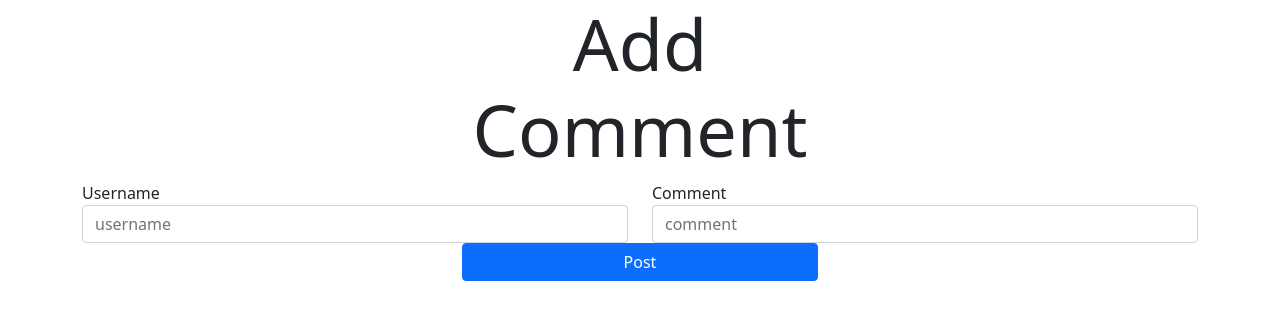
Repository: uditjain100/JavaScript-for-Web
Page: http://localhost/comment/create
The author's editor kept a copy of each file at every save. The page is drawn from the files as they stood at one save, then again after the next save.
The browser window is 1280 px wide. The pictures show the whole page.
The page is served by the project's Node server (17.REST/index.js).

Above is the page before, as saved 2021-01-29 17:57:52.

### 17.REST/views/create.ejs
<!DOCTYPE html>
<html lang="en">
  <head>
    <meta charset="UTF-8" />
    <meta name="viewport" content="width=device-width, initial-scale=1.0" />
    <title>Add Comment</title>
    <link
      href="https://cdn.jsdelivr.net/npm/bootstrap@5.0.0-beta1/dist/css/bootstrap.min.css"
      rel="stylesheet"
      integrity="sha384-giJF6kkoqNQ00vy+HMDP7azOuL0xtbfIcaT9wjKHr8RbDVddVHyTfAAsrekwKmP1"
      crossorigin="anonymous"
    />
  </head>
  <body>
    <div class="container">
      <h2 class="display-2 d-grid col-5 mx-auto" style="text-align: center">
        Add Comment
      </h2>
      <form action="/comments" method="POST">
        <div class="row">
          <div class="form-group col-6">
            <label for="username">Username</label>
            <input
              type="text"
              id="username"
              class="form-control"
              placeholder="username"
              name="username"
            />
          </div>
          <div class="form-group col-6">
            <label for="comment">Comment</label>
            <input
              type="text"
              id="comment"
              placeholder="comment"
              class="form-control"
              name="comment"
            />
          </div>
          <div class="d-grid col-4 mx-auto">
            <button class="btn btn-primary">Post</button>
          </div>
        </div>
      </form>
    </div>
  </body>
</html>

### 17.REST/index.js
const express = require("express");
const app = express();
const path = require("path");

var comments = [
  { id: 1, username: "toddd", comment: "hey there" },
  { id: 2, username: "nime", comment: "Life is Good" },
  { id: 3, username: "bob", comment: "Yummmmmmy" },
  { id: 4, username: "jessi", comment: "Yooo Man" },
];

app.use(express.urlencoded({ extended: true }));
app.use(express.json());
app.set("views", path.join(__dirname, "views"));
app.set("view engine", "ejs");

app.get("/comments", (req, res) => {
  res.render("home.ejs", { comments });
});

app.get("/comment/create", (req, res) => {
  res.render("create.ejs");
});

app.get("/tacos", (req, res) => {
  res.send("GET /tacos response");
});

app.post("/tacos", (req, res) => {
  const { author, post } = req.body;
  console.log(req.body);
  res.send("Post : " + post + "  and   author : " + author);
});

app.listen(3000, () => {
  console.log("Server got Started !!");
});

After the next save:
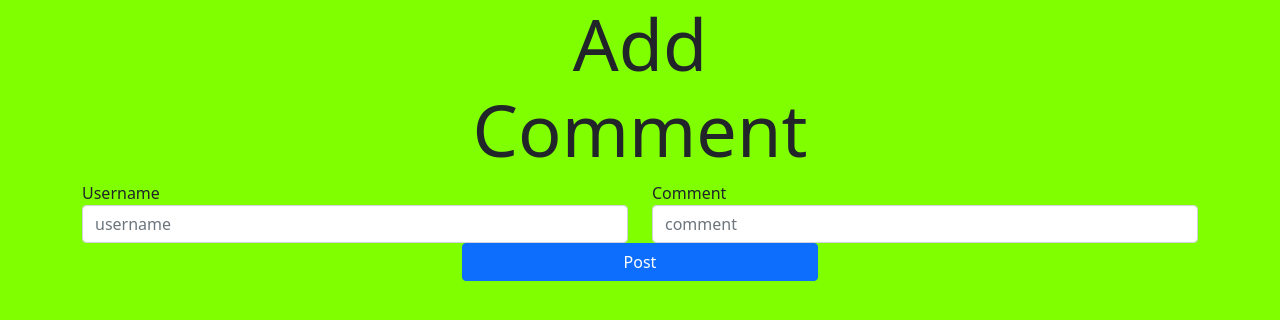
Saved 19 s later.
--- a/17.REST/views/create.ejs
+++ b/17.REST/views/create.ejs
@@ -11,7 +11,7 @@
       crossorigin="anonymous"
     />
   </head>
-  <body>
+  <body style="background-color: chartreuse">
     <div class="container">
       <h2 class="display-2 d-grid col-5 mx-auto" style="text-align: center">
         Add Comment
